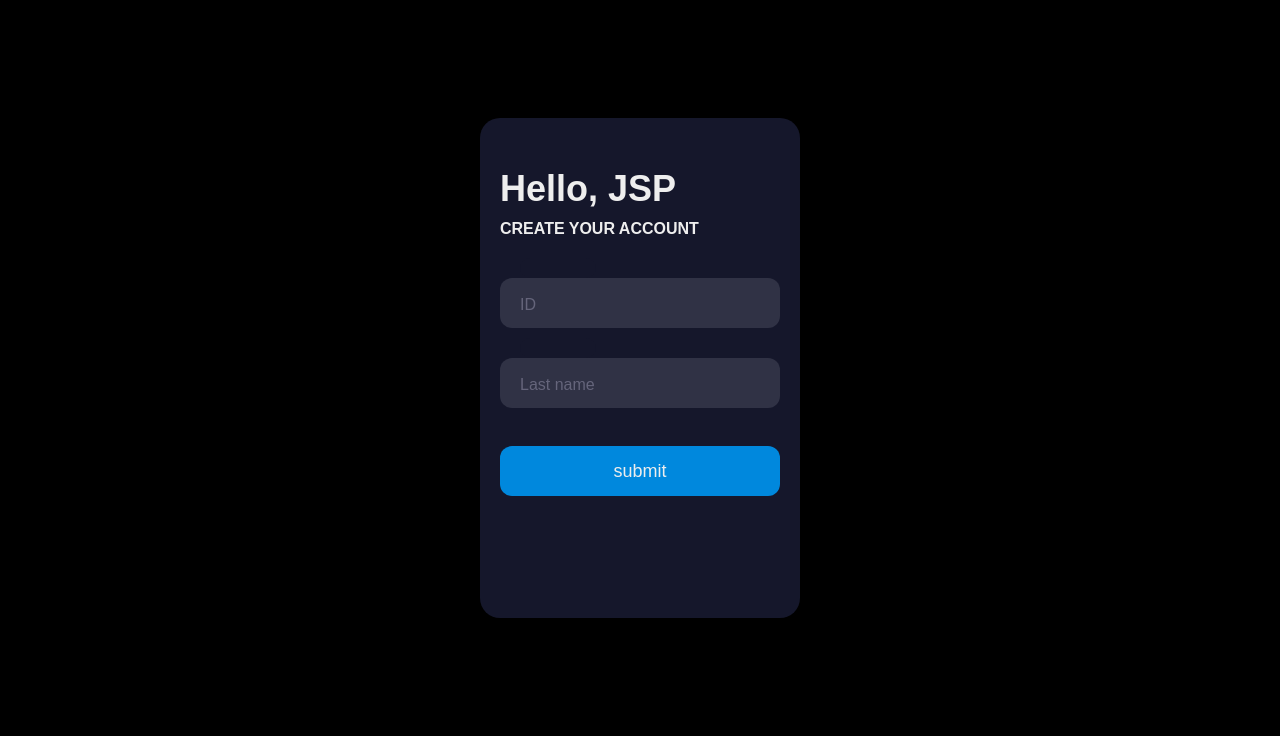
Repository: uhhuhhmm/JSP-Servlet-Class
Page: http://localhost/web02/loginForm259.jsp
The author's editor kept a copy of each file at every save. The page is drawn from the files as they stood at one save, then again after the next save.
The browser window is 1280 px wide. The pictures show the whole page.
The page is served by Tomcat 9.

Above is the page before, as saved 2022-07-14 03:16:49.

After the next save:
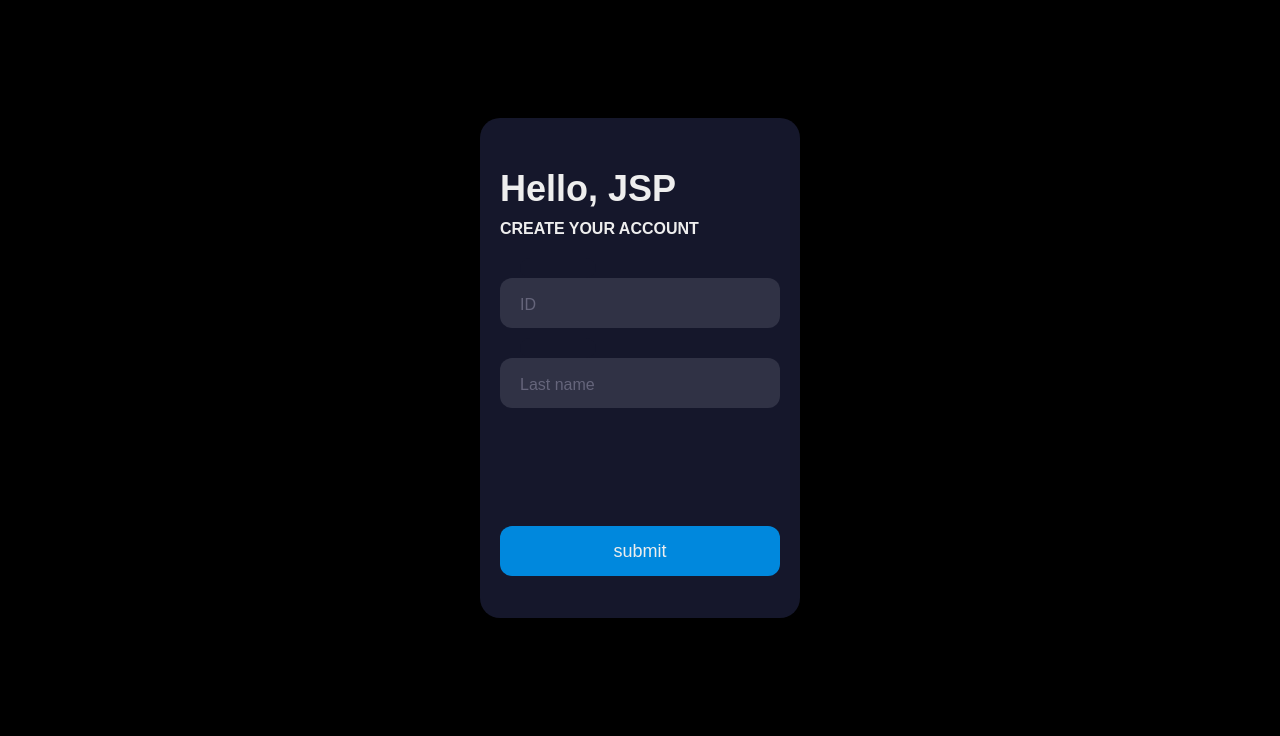
Saved 27 s later.
--- a/web02/WebContent/loginForm259.jsp
+++ b/web02/WebContent/loginForm259.jsp
@@ -147,11 +147,11 @@ body {
         <label for="userpwd" class="placeholder">Last name</label>
         <input id="userpwd" name="pwd" class="input" type="text" placeholder=" " />
       </div>
-<!--       <div class="input-container ic2"> -->
+      <div class="input-container ic2">
 <!--         <div class="cut cut-short"></div> -->
 <!--         <label for="email" class="placeholder">Email</> -->
 <!--         <input id="email" class="input" type="text" placeholder=" " /> -->
-<!--       </div> -->
+      </div>
       <button type="text" class="submit">submit</button>
     </div>
 </form>
